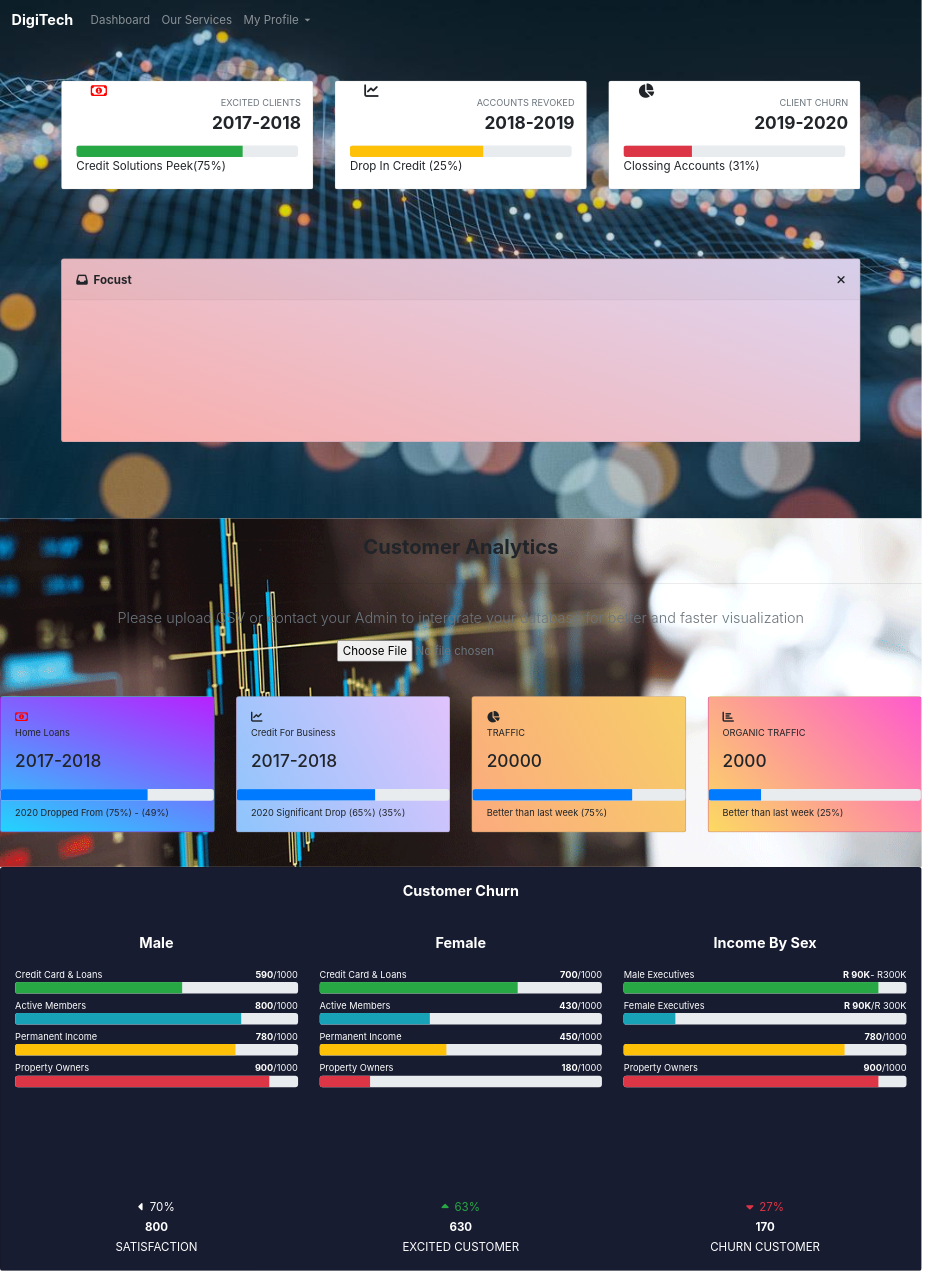
Repository: Tookliin/DigiTech
Page: /data
These files come from the project's save history. The page is drawn as it stood at one moment and after the next save; the edit follows.
The browser window is 1280 px wide. The page is 1295 px wide, so the pictures cover 1295 px, including what lies to the right of the window. The pictures show the whole page, at 72% of full size.
The project was rebuilt for these pictures with package versions that can differ from the ones it lists, and the page was loaded fresh each time. Also part of the build but not shown: src/components/Dashboard.vue, src/components/Profile.vue, src/components/Error.vue, src/components/Register.vue.

Above is the page before, as saved 2020-07-22 11:13:38.

### src/App.vue
<template>
  <div id="app">
    <main class="">
  <nav class="navbar fixed-top navbar-expand-lg navbar-dark scrolling-navbar">
        <a class="navbar-brand" href="/"><strong>DigiTech</strong></a>
        <button class="navbar-toggler" type="button" data-toggle="collapse" data-target="#navbarSupportedContent" aria-controls="navbarSupportedContent" aria-expanded="false" aria-label="Toggle navigation">
            <span class="navbar-toggler-icon"></span>
        </button>
        <div class="collapse navbar-collapse" id="navbarSupportedContent">
            <ul class="navbar-nav mr-auto">
              <router-link to="/">
              <a class="nav-link">Dashboard <span class="sr-only">(current)</span></a></router-link>

                <router-link to="/profile">
                  <a class="nav-link" >Our Services</a>
                </router-link>


                 <li class="nav-item dropdown">
          <a class="nav-link dropdown-toggle" id="navbarDropdownMenuLink-4" data-toggle="dropdown" aria-haspopup="true"
            aria-expanded="false">
           My Profile
          </a>
          <div class="dropdown-menu dropdown-menu-right dropdown-info" aria-labelledby="navbarDropdownMenuLink-4">
             <router-link to="/data">
             <a class="dropdown-item">Account</a></router-link>

             <router-link to="/register">
             <a class="dropdown-item">Register</a></router-link>

             <router-link to="/logout">
             <a class="dropdown-item">Log out</a></router-link>



            <!-- <a class="dropdown-item" href="/data">Our Clients</a> -->
          </div>
        </li>
            </ul>
        </div>
    </nav>
    </main>
    <router-view/>
  </div>
</template>
<script>
export default {
  name: "App",
  components:{

  },
  data(){
    return{}
  }
}
</script>

### src/components/Organization.vue
<template>

<div class="">
<div class="data" style="height: 100vh;">

<div class="container ">
    <div class="row">
      <div class="col-lg-4 col-md-12 py-5 my-5">
        <div class="card mt-3">

          <div class="">
            <i class="far fa-money-bill-alt fa-lg primary-color z-depth-2 p-4 ml-3 mt-n3 rounded text-black"></i>
            <div class="float-right text-right p-3">
              <p class="text-uppercase text-muted mb-1"><small>Excited Clients</small></p>
              <h4 class="font-weight-bold mb-0">2017-2018</h4>
            </div>
          </div>

          <div class="card-body pt-0">
            <div class="progress md-progress">
              <div class="progress-bar bg-success" role="progressbar" style="width: 75%" aria-valuenow="75" aria-valuemin="0"
                aria-valuemax="100"></div>
            </div>
            <p class="card-text">Credit Solutions Peek(75%)</p>
          </div>
        </div>
      </div>

      <div class="col-lg-4 col-md-6 my-5 py-5">
        <div class="card mt-3">
          <div class="">
            <i class="fas fa-chart-line fa-lg teal z-depth-2 p-4 ml-3 mt-n3 rounded text-black"></i>
            <div class="float-right text-right p-3">
              <p class="text-uppercase text-muted mb-1"><small>Accounts Revoked</small></p>
              <h4 class="font-weight-bold mb-0">2018-2019</h4>
            </div>
          </div>
          <div class="card-body pt-0">
            <div class="progress md-progress">
              <div class="progress-bar bg-warning" role="progressbar" style="width: 60%" aria-valuenow="46" aria-valuemin="0"
                aria-valuemax="100"></div>
            </div>
            <p class="card-text">Drop In Credit (25%)</p>
          </div>
        </div>
      </div>

      <div class="col-lg-4 col-md-6 my-5 py-5">
        <div class="card mt-3">
          <div class="">
            <i class="fas fa-chart-pie fa-lg purple z-depth-2 p-4 ml-3 mt-n3 rounded text-black"></i>
            <div class="float-right text-right p-3">
              <p class="text-uppercase text-muted mb-1"><small>Client Churn</small></p>
              <h4 class="font-weight-bold mb-0">2019-2020</h4>
            </div>
          </div>
          <div class="card-body pt-0">
            <div class="progress md-progress">
              <div class="progress-bar bg-danger" role="progressbar" style="width: 31%" aria-valuenow="31" aria-valuemin="0"
                aria-valuemax="100"></div>
            </div>
            <p class="card-text">Clossing Accounts (31%)</p>
          </div>
        </div>
      </div>
    </div>


    <!-- Client Behaviour -->
 <!-- <section>
      <div class=" client-card card">
        <div class="card-body mr-md-1">
          <div class="row mb-3">
            <div class="col-md-8 mb-4">
              <canvas id="barChart" height="100"></canvas>
            </div>
            <div class="col-md-4 mb-1 mb-md-0">
              <h5 class="text-center font-weight-bold mb-4">E-commerce data</h5>
              <div class="d-flex justify-content-between">
                <small class="text-muted">Add products to cart</small>
                <small><span><strong>160</strong></span>/<span></span>200</small>
              </div>
              <div class="progress md-progress">
                <div class="progress-bar bg-success" role="progressbar" style="width: 55%" aria-valuenow="55"
                  aria-valuemin="0" aria-valuemax="100"></div>
              </div>
              <div class="d-flex justify-content-between">
                <small class="text-muted">Complete Purchase</small>
                <small><span><strong>310</strong></span>/<span></span>400</small>
              </div>
              <div class="progress md-progress">
                <div class="progress-bar bg-info" role="progressbar" style="width: 80%" aria-valuenow="80"
                  aria-valuemin="0" aria-valuemax="100"></div>
              </div>
              <div class="d-flex justify-content-between">
                <small class="text-muted">Visit Premium Page</small>
                <small><span><strong>480</strong></span>/<span></span>800</small>
              </div>
              <div class="progress md-progress">
                <div class="progress-bar bg-warning" role="progressbar" style="width: 45%" aria-valuenow="45"
                  aria-valuemin="0" aria-valuemax="100"></div>
              </div>
              <div class="d-flex justify-content-between">
                <small class="text-muted">Send Inquiries</small>
                <small><span><strong>250</strong></span>/<span></span>500</small>
              </div>
              <div class="progress md-progress">
                <div class="progress-bar bg-danger" role="progressbar" style="width: 100%" aria-valuenow="100"
                  aria-valuemin="0" aria-valuemax="100"></div>
              </div>
            </div>
          </div>
          <div class="row text-center">
            <div class="col-md-4 mb-4 mb-md-0">
              <p class="text-success mb-1"><i class="fas fa-caret-up mr-2"></i>17%</p>
              <p class="font-weight-bold mb-1">$35 210</p>
              <p class="text-uppercase mb-md-0">Sales</p>
            </div>
            <div class="col-md-4 mb-4 mb-md-0">
              <p class="text-danger mb-1"><i class="fas fa-caret-down mr-2"></i>17%</p>
              <p class="font-weight-bold mb-1">4 578</p>
              <p class="text-uppercase mb-md-0">Subscriptions</p>
            </div>
            <div class="col-md-4 mb-0">
              <p class="text-dark mb-1"><i class="fas fa-caret-left mr-2"></i>0%</p>
              <p class="font-weight-bold mb-1">678 934</p>
              <p class="text-uppercase mb-0">Traffic</p>
            </div>
          </div>
        </div>
      </div>
    </section> -->

      <section>

    <div class="client-card card card-list">
      <div class="card-header white d-flex justify-content-between align-items-center py-3" >

        <p class="h5-responsive font-weight-bold mb-0"><i class="fas fa-inbox pr-2"></i>Focust</p>
        <p class="h5-responsive font-weight-bold mb-0"><a><i class="fas fa-times"></i></a></p>

      </div>
      <div class="card-body">
        <canvas id="lineChart"></canvas>
      </div>
    </div>

  </section>
    </div>
    </div>

<!-- Customer Churn -->
<section class=" customer-churn py-4">

    <h3 class="font-weight-bold text-center dark-grey-text pb-2">
        Customer Analytics</h3>
    <hr class="w-header my-4">
    <p class="lead text-center text-muted pt-2 mb-3">Please upload CSV or contact your Admin to intergrate your database for better and faster visualization

    </p>
    <div class="text-center text-muted mb-5">
        <input type="file" name="form" id="form">
        <a class="primary-color"></a>
    </div>


    <div class="row white-text">
      <div class="col-xl-3 col-md-6 mb-4">
        <div class="sales card classic-admin-card primary-color">
          <div class="card-body py-3">
            <i class="far fa-money-bill-alt"></i>
            <p class="small">Home Loans</p>
            <h4>2017-2018</h4>
          </div>
          <div class="progress md-progress">
            <div class="progress-bar grey darken-3" role="progressbar" style="width: 69%" aria-valuenow="25" aria-valuemin="0" aria-valuemax="100"></div>
          </div>
          <div class="card-body pt-2 pb-3">
            <p class="small mb-0">2020 Dropped From (75%) - (49%)</p>
          </div>
        </div>
      </div>

      <div class="col-xl-3 col-md-6 mb-4">
        <div class="subscription card classic-admin-card warning-color">
          <div class="card-body py-3">
            <i class="fas fa-chart-line"></i>
            <p class="small">Credit For Business</p>
            <h4>2017-2018</h4>
          </div>
          <div class="progress md-progress">
            <div class="progress-bar bg grey darken-3" role="progressbar" style="width: 65%" aria-valuenow="25" aria-valuemin="0" aria-valuemax="100"></div>
          </div>
          <div class="card-body pt-2 pb-3">
            <p class="small mb-0">2020 Significant Drop (65%) (35%)</p>
          </div>
        </div>
      </div>

      <div class="col-xl-3 col-md-6 mb-4">
        <div class="traffic card classic-admin-card light-blue lighten-1">
          <div class="card-body py-3">
            <i class="fas fa-chart-pie"></i>
            <p class="small">TRAFFIC</p>
            <h4>20000</h4>
          </div>
          <div class="progress md-progress">
            <div class="progress-bar grey darken-3" role="progressbar" style="width: 75%" aria-valuenow="75" aria-valuemin="0" aria-valuemax="100"></div>
          </div>
          <div class="card-body pt-2 pb-3">
            <p class="small mb-0">Better than last week (75%)</p>
          </div>
        </div>
      </div>

      <div class="col-xl-3 col-md-6 mb-4">
        <div class="organic card classic-admin-card red accent-2">
          <div class="card-body py-3">
            <i class="fas fa-chart-bar"></i>
            <p class="small">ORGANIC TRAFFIC</p>
            <h4>2000</h4>
          </div>
          <div class="progress md-progress">
            <div class="progress-bar grey darken-3" role="progressbar" style="width: 25%" aria-valuenow="25" aria-valuemin="0" aria-valuemax="100"></div>
          </div>
          <div class="card-body pt-2 pb-3">
            <p class="small mb-0">Better than last week (25%)</p>
          </div>
        </div>
      </div>
    </div>
  </section>


   <section>

    <div class="card" style="background-color: #181C30;">
      <div class="card-body">
<div class="text-center text-muted mb-5">
         <h5 class="text-center text-white font-weight-bold mb-4">Customer Churn</h5>
    </div>
        <div class="row">
        <div class="col-md-4 mb-4">

          <h5 class="text-center text-white font-weight-bold mb-4">Male</h5>

          <div class="d-flex justify-content-between">
            <small class="text-white">Credit Card & Loans</small>
            <small class="text-white"><span><strong>590</strong></span>/<span></span>1000</small>
          </div>

          <div class="progress md-progress">
            <div class="progress-bar bg-success" role="progressbar" style="width: 59%"
        ></div>
          </div>

        <div class="d-flex justify-content-between mt-2">
            <small class="text-white">Active Members</small>
            <small class="text-white"><span><strong>800</strong></span>/<span></span>1000</small>
          </div>
          <div class="progress md-progress">
            <div class="progress-bar bg-info" role="progressbar" style="width: 80%"
            ></div>
          </div>

          <div class="d-flex justify-content-between mt-2">
            <small class="text-white">Permanent Income</small>
            <small class="text-white"><span><strong>780</strong></span>/<span></span>1000</small>
          </div>
          <div class="progress md-progress">
            <div class="progress-bar bg-warning" role="progressbar" style="width: 78%" ></div>
          </div>

          <div class="d-flex justify-content-between mt-2">
            <small class="text-white">Property Owners</small>
            <small class="text-white"><span><strong>900</strong></span>/<span></span>1000</small>
          </div>
          <div class="progress md-progress">
            <div class="progress-bar bg-danger" role="progressbar" style="width: 90%" ></div>
          </div>
        </div>


      <div class="col-md-4 mb-4">
          <h5 class="text-center text-white font-weight-bold mb-4">Female</h5>

          <div class="d-flex justify-content-between">
            <small class="text-white">Credit Card & Loans</small>
            <small class="text-white"><span><strong>700</strong></span>/<span></span>1000</small>
          </div>

          <div class="progress md-progress">
            <div class="progress-bar bg-success" role="progressbar" style="width: 70%"
        ></div>
          </div>

        <div class="d-flex justify-content-between mt-2">
            <small class="text-white">Active Members</small>
            <small class="text-white"><span><strong>430</strong></span>/<span></span>1000</small>
          </div>
          <div class="progress md-progress">
            <div class="progress-bar bg-info" role="progressbar" style="width: 39%"
            ></div>
          </div>

          <div class="d-flex justify-content-between mt-2">
            <small class="text-white">Permanent Income</small>
            <small class="text-white"><span><strong>450</strong></span>/<span></span>1000</small>
          </div>
          <div class="progress md-progress">
            <div class="progress-bar bg-warning" role="progressbar" style="width: 45%" ></div>
          </div>

          <div class="d-flex justify-content-between mt-2">
            <small class="text-white">Property Owners</small>
            <small class="text-white"><span><strong>180</strong></span>/<span></span>1000</small>
          </div>
          <div class="progress md-progress">
            <div class="progress-bar bg-danger" role="progressbar" style="width: 18%" ></div>
          </div>
        </div>



        <div class="col-md-4 mb-4">
          <h5 class="text-center text-white font-weight-bold mb-4">Income By Sex</h5>

          <div class="d-flex justify-content-between">
            <small class="text-white">Male Executives</small>
            <small class="text-white"><span><strong>R 90K</strong></span>-<span></span> R300K</small>
          </div>

          <div class="progress md-progress">
            <div class="progress-bar bg-success" role="progressbar" style="width: 90%"
        ></div>
          </div>

        <div class="d-flex justify-content-between mt-2">
            <small class="text-white">Female Executives</small>
            <small class="text-white"><span><strong>R 90K</strong></span>/<span></span>R 300K</small>
          </div>
          <div class="progress md-progress">
            <div class="progress-bar bg-info" role="progressbar" style="width: 18.2%"
            ></div>
          </div>

          <div class="d-flex justify-content-between mt-2">
            <small class="text-white"></small>
            <small class="text-white"><span><strong>780</strong></span>/<span></span>1000</small>
          </div>
          <div class="progress md-progress">
            <div class="progress-bar bg-warning" role="progressbar" style="width: 78%" ></div>
          </div>

          <div class="d-flex justify-content-between mt-2">
            <small class="text-white">Property Owners</small>
            <small class="text-white"><span><strong>900</strong></span>/<span></span>1000</small>
          </div>
          <div class="progress md-progress">
            <div class="progress-bar bg-danger" role="progressbar" style="width: 90%" ></div>
          </div>
        </div>
      </div>

        <canvas id="lineChart" class="mb-4" height="100"></canvas>
        <div class="row text-center text-white">

        <div class="col-md-4 mb-0">
            <p class="text-grey mb-1"><i class="fas fa-caret-left mr-2"></i>70%</p>
            <p class="font-weight-bold mb-1">800</p>
            <p class="text-uppercase mb-0">satisfaction</p>
        </div>

          <div class="col-md-4 mb-4 mb-md-0">
            <p class="text-success mb-1"><i class="fas fa-caret-up mr-2"></i>63%</p>
            <p class="font-weight-bold mb-1">630</p>
            <p class="text-uppercase mb-md-0">Excited Customer</p>
          </div>

          <div class="col-md-4 mb-4 mb-md-0">
            <p class="text-danger mb-1"><i class="fas fa-caret-down mr-2"></i>27%</p>
            <p class="font-weight-bold mb-1">170</p>
            <p class="text-uppercase mb-md-0">Churn Customer</p>
          </div>
        </div>
      </div>
    </div>
  </section>
    </div>
</template>
<script>
export default {
    name: 'Profile',
    props:{


    }, data() {
        return {
            male: 8137,
            labels: ["Red", "Blue", "Yellow", "Green", "Purple", "Orange"],
            months: ["January", "February", "March", "April", "May", "June", "July", "August"]
        }
    },
    mounted() {

    this.ctxB = document.getElementById("barChart").getContext('2d');
    this.myBarChart =  {
      type: 'bar',
      data: {
        labels: ["Red", "Blue", "Yellow", "Green", "Purple", "Orange"],
        datasets: [{
          label: '# of Votes',
          data: [12, 19, 3, 5, 2, 3],
          backgroundColor: [
            'rgba(255, 99, 132, 0.2)',
            'rgba(54, 162, 235, 0.2)',
            'rgba(255, 206, 86, 0.2)',
            'rgba(75, 192, 192, 0.2)',
            'rgba(153, 102, 255, 0.2)',
            'rgba(255, 159, 64, 0.2)'
          ],
          borderColor: [
            'rgba(255,99,132,1)',
            'rgba(54, 162, 235, 1)',
            'rgba(255, 206, 86, 1)',
            'rgba(75, 192, 192, 1)',
            'rgba(153, 102, 255, 1)',
            'rgba(255, 159, 64, 1)'
          ],
          borderWidth: 1
        }]
      },
      options: {
        scales: {
          yAxes: [{
            ticks: {
              beginAtZero: true
            }
          }]
        }
      }
    };
    },
    methods: {

    },
}
</script>

Loaded but not shown: public/index.html (common file); src/main.js (35 lines, source omitted); src/assets/css/main.css (124 lines, source omitted)

After the next save:
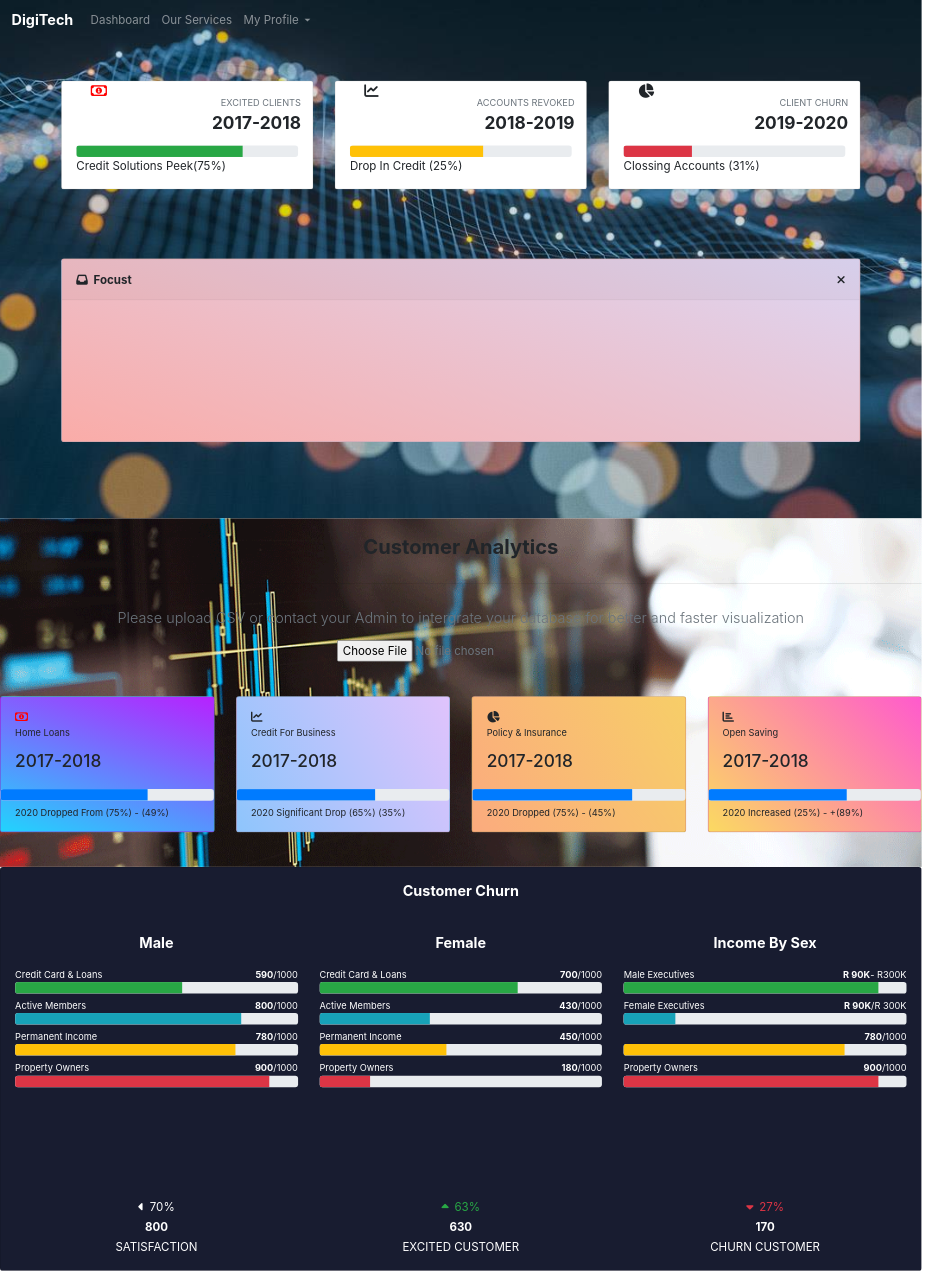
Saved 2 min 55 s later.
--- a/src/components/Organization.vue
+++ b/src/components/Organization.vue
@@ -201,14 +201,14 @@
         <div class="traffic card classic-admin-card light-blue lighten-1">
           <div class="card-body py-3">
             <i class="fas fa-chart-pie"></i>
-            <p class="small">TRAFFIC</p>
-            <h4>20000</h4>
+            <p class="small">Policy & Insurance</p>
+            <h4>2017-2018</h4>
           </div>
           <div class="progress md-progress">
             <div class="progress-bar grey darken-3" role="progressbar" style="width: 75%" aria-valuenow="75" aria-valuemin="0" aria-valuemax="100"></div>
           </div>
           <div class="card-body pt-2 pb-3">
-            <p class="small mb-0">Better than last week (75%)</p>
+            <p class="small mb-0">2020 Dropped (75%) - (45%)</p>
           </div>
         </div>
       </div>
@@ -217,14 +217,14 @@
         <div class="organic card classic-admin-card red accent-2">
           <div class="card-body py-3">
             <i class="fas fa-chart-bar"></i>
-            <p class="small">ORGANIC TRAFFIC</p>
-            <h4>2000</h4>
-          </div>
-          <div class="progress md-progress">
-            <div class="progress-bar grey darken-3" role="progressbar" style="width: 25%" aria-valuenow="25" aria-valuemin="0" aria-valuemax="100"></div>
+            <p class="small">Open Saving</p>
+            <h4>2017-2018</h4>
+          </div>
+          <div class="progress md-progress">
+            <div class="progress-bar grey darken-3" role="progressbar" style="width: 65%" aria-valuenow="25" aria-valuemin="0" aria-valuemax="100"></div>
           </div>
           <div class="card-body pt-2 pb-3">
-            <p class="small mb-0">Better than last week (25%)</p>
+            <p class="small mb-0">2020 Increased (25%) - +(89%)</p>
           </div>
         </div>
       </div>
